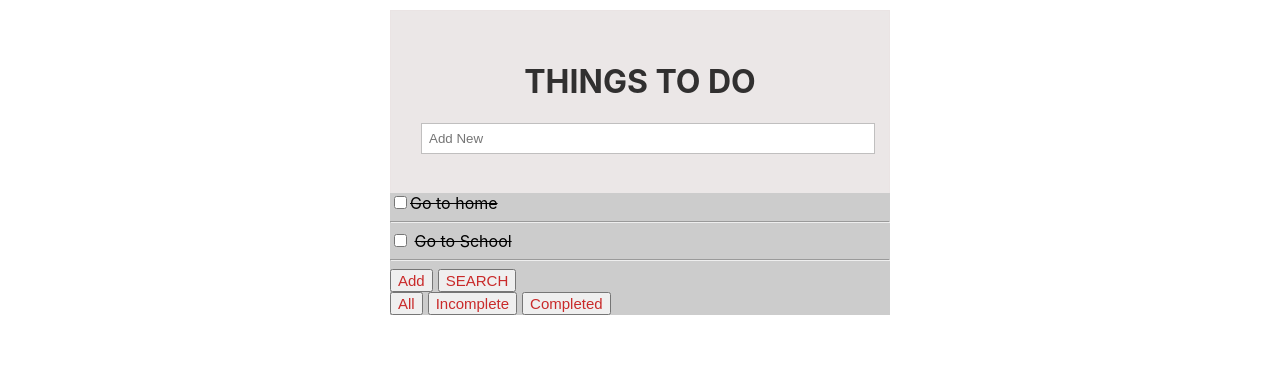
Repository: kirangautam45/To-Do-Application
Page: /
An editor plug-in stored every save of this project. The page is shown before and after a run of saves, followed by the edit.
The browser window is 1280 px wide. The pictures show the whole page.
The project was rebuilt for these pictures with package versions that can differ from the ones it lists, and the page was loaded fresh each time.

Above is the page before, as saved 2022-08-11 14:22:13.

### src/App.js
import "./App.css";

function App() {
  return (
    <div>
      <div className="Body">
        <div className="To_Body">
          <h1 className="Header"> THINGS TO DO</h1>
          <input className="Input_text" placeholder="Add New" />
        </div>
        <div className="Box" >
          <input  type="checkbox" /><span className="Text">Go to home
            </span>
        <hr/>
        <div className="Border"></div>
        <input className="Text" type="checkbox"/> <span className="Text"> Go to School </span>
        <hr/>
        </div>
        <div>
        <div className="Icon">
          <button className="Icon_button">Add</button>
          <button className="Icon_button">SEARCH</button>
          <div  className="Icon_right">
          <button className="Icon_button">All</button>
          <button className="Icon_button">Incomplete</button>
          <button className="Icon_button">Completed</button>
          </div>
          </div>

        </div>
        </div>
        </div>

  );
}

export default App;

### src/App.css
.Body {
  background-color: #ccc;
 width: 500px;
 margin: 10px auto;
display: 'flex';

}
.Header{
  text-align: center;
  color:rgb(49, 48, 48);
}
.To_Body{
min-height: fit-content;
justify-content: center;
background-color: #ebe7e7;
padding: 30px;
border: 1px rgb(234, 228, 228);
    border-top-style: none;
    border-right-style: none;
    border-left-style: none;
border-style: solid solid none;
}
.Input_text{
  outline: none;
  width: 100%;
  padding: 7px;
  border: 1px solid  rgb(192, 191, 191);
  margin-bottom: 2%;
}
.Icon_left{
  height: auto;
justify-content: space-between;
border: 1px solid #ddd;
background-color: #d4dec1;
padding: 12px 20px;
font-weight: 300
}

.Icon_button {
  height: auto;
  width: auto;
  align-items: left;
  color: rgb(201, 42, 42);
  font-size: 15px;
  margin-right: 5px;
  cursor: pointer;
  height: 1;
  padding: 5;

}
.Border{
  line-break: auto 1 ;
  border-radius: 1rem;
}
.Text{
  text-decoration: line-through;
    text-decoration-line: line-through;
    text-decoration-style: solid;
    text-decoration-color: currentcolor;
    text-decoration-thickness: auto;
}

Loaded but not shown: public/index.html (common file); src/index.js (common file); src/index.css (common file)

After the next 2 saves:
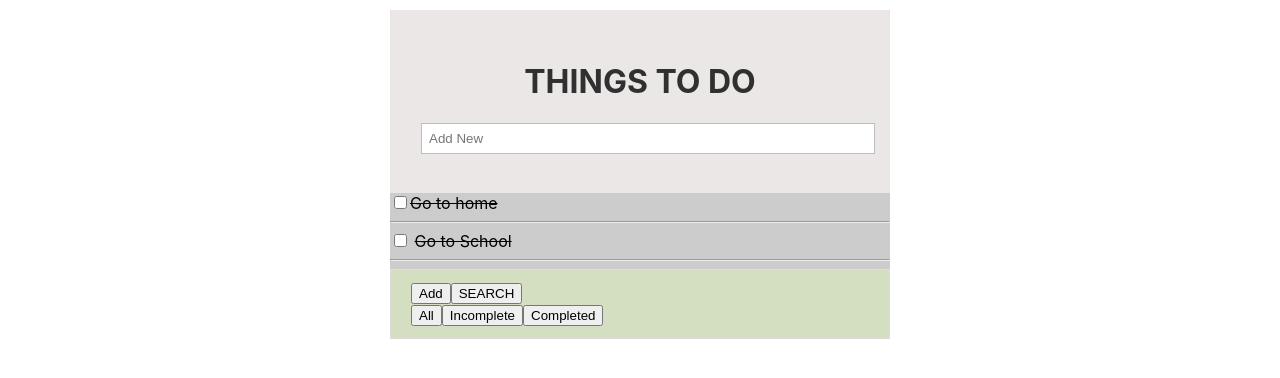
The 2 saves are shown as one change because they came seconds apart.
The last was saved 8 s later.
--- a/src/App.css
+++ b/src/App.css
@@ -27,7 +27,7 @@ border-style: solid solid none;
   border: 1px solid  rgb(192, 191, 191);
   margin-bottom: 2%;
 }
-.Icon_left{
+.Icon{
   height: auto;
 justify-content: space-between;
 border: 1px solid #ddd;
@@ -35,6 +35,7 @@ background-color: #d4dec1;
 padding: 12px 20px;
 font-weight: 300
 }
+.Icon_left
 
 .Icon_button {
   height: auto;
